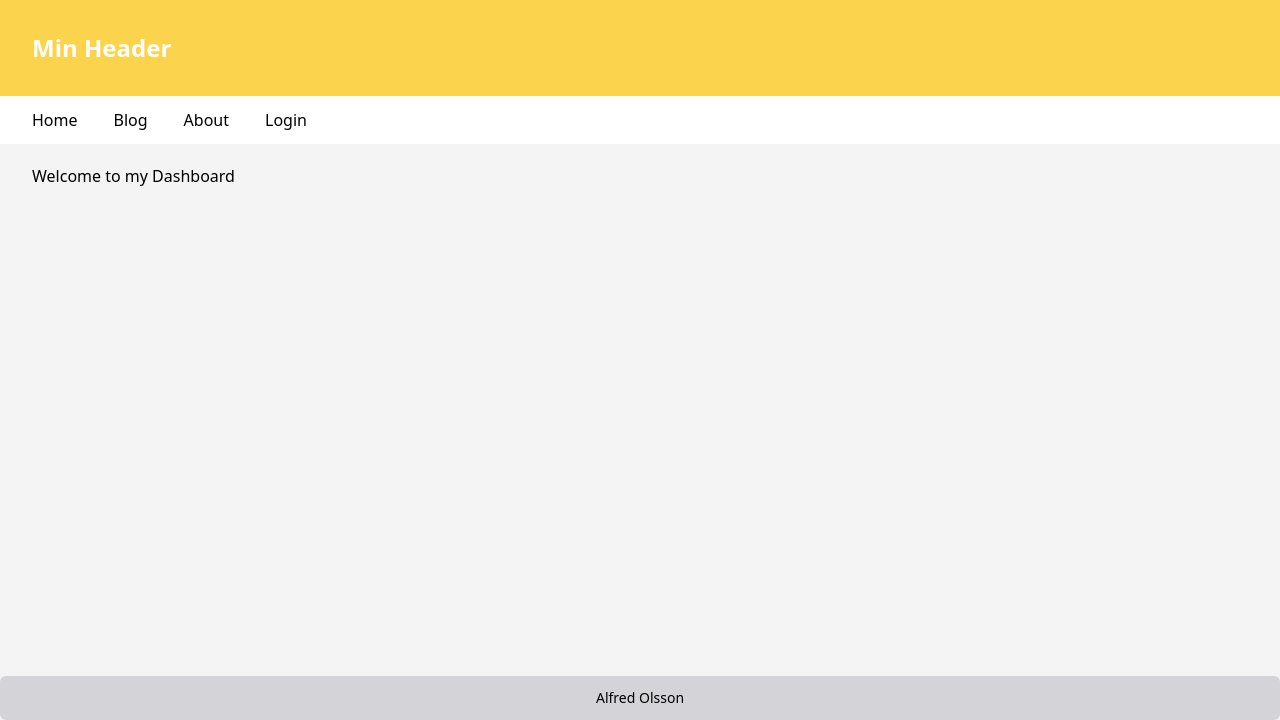
Repository: AlligatorAffe/NextWebsite
Page: /auth/login
An editor plug-in stored every save of this project. The page is shown before and after the next save, followed by the edit.
The browser window is 1280 px wide. The pictures show the whole page.
The project was rebuilt for these pictures with package versions that can differ from the ones it lists, and the page was loaded fresh each time. The framework's server and built-in components were replaced by stand-ins that run in the browser. Also part of the build but not shown: next.config.js.

Above is the page before, as saved 2024-01-04 22:27:24.

After the next save:
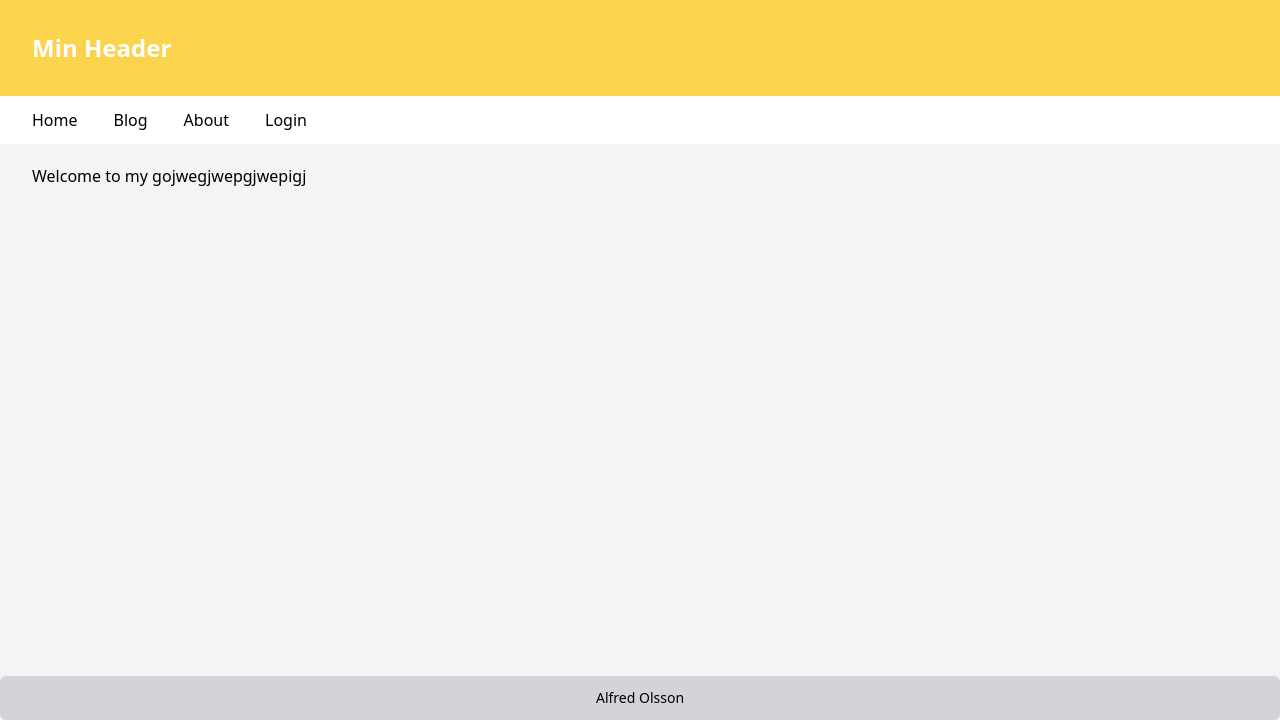
Saved 17 s later.
--- a/app/auth/login/page.tsx
+++ b/app/auth/login/page.tsx
@@ -3,7 +3,7 @@ export default function Page() {
     return (
       <div >
           <h1 >
-              Welcome to my Dashboard
+              Welcome to my gojwegjwepgjwepigj
           </h1>
     </div>
     )
